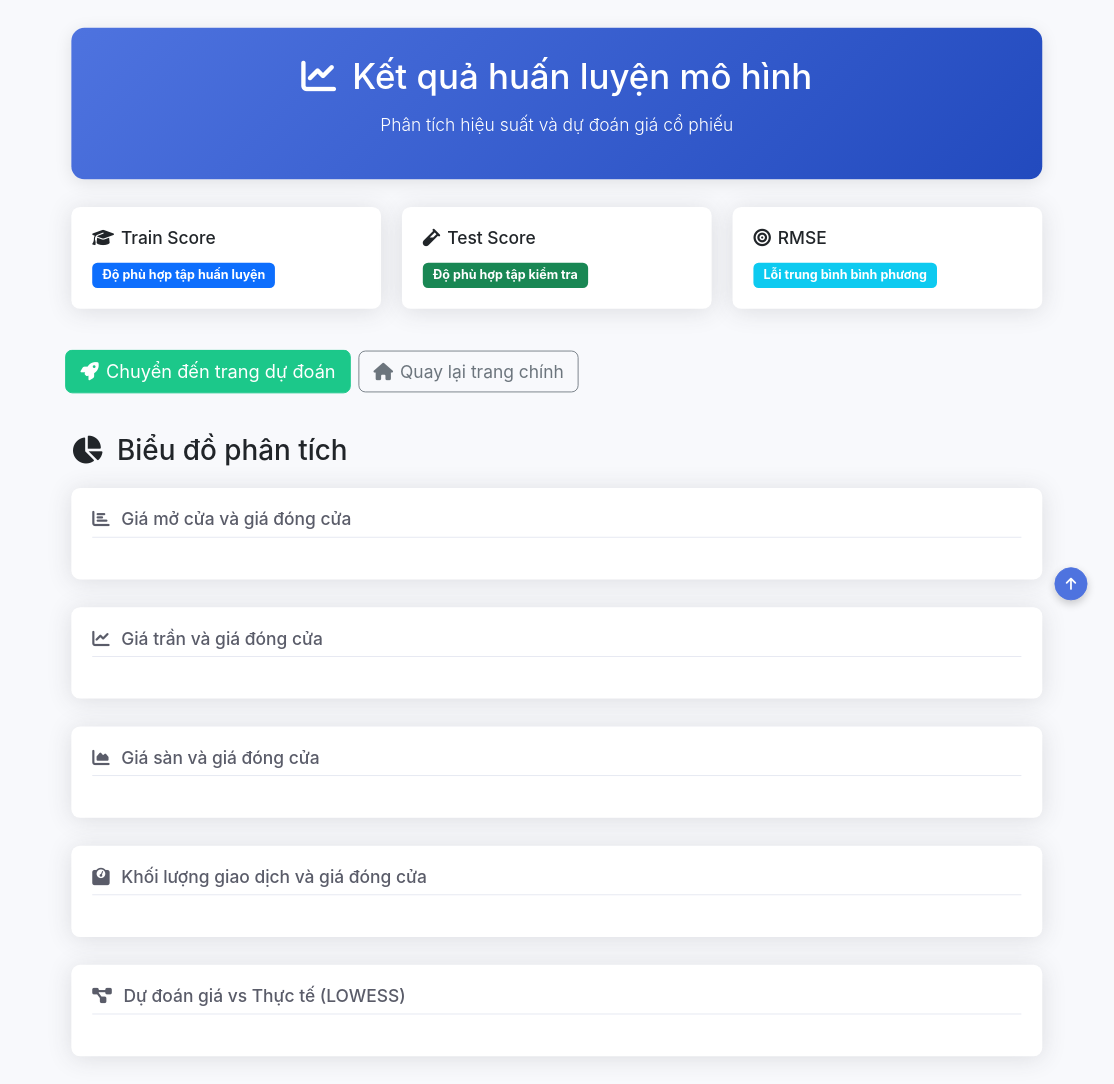
Repository: nguyenbathai1509/flask-stock-predictor
Page: templates/train_result.html
An editor plug-in stored every save of this project. The page is shown before and after the next save, followed by the edit.
The browser window is 1280 px wide. The pictures show the whole page, at 87% of full size.
The page is served by the project's application, run on Flask 3 (app.py). The template is opened directly, without the code that normally fills it, so the values that code supplies are empty.

Above is the page before, as saved 2025-06-06 04:22:29.

After the next save:
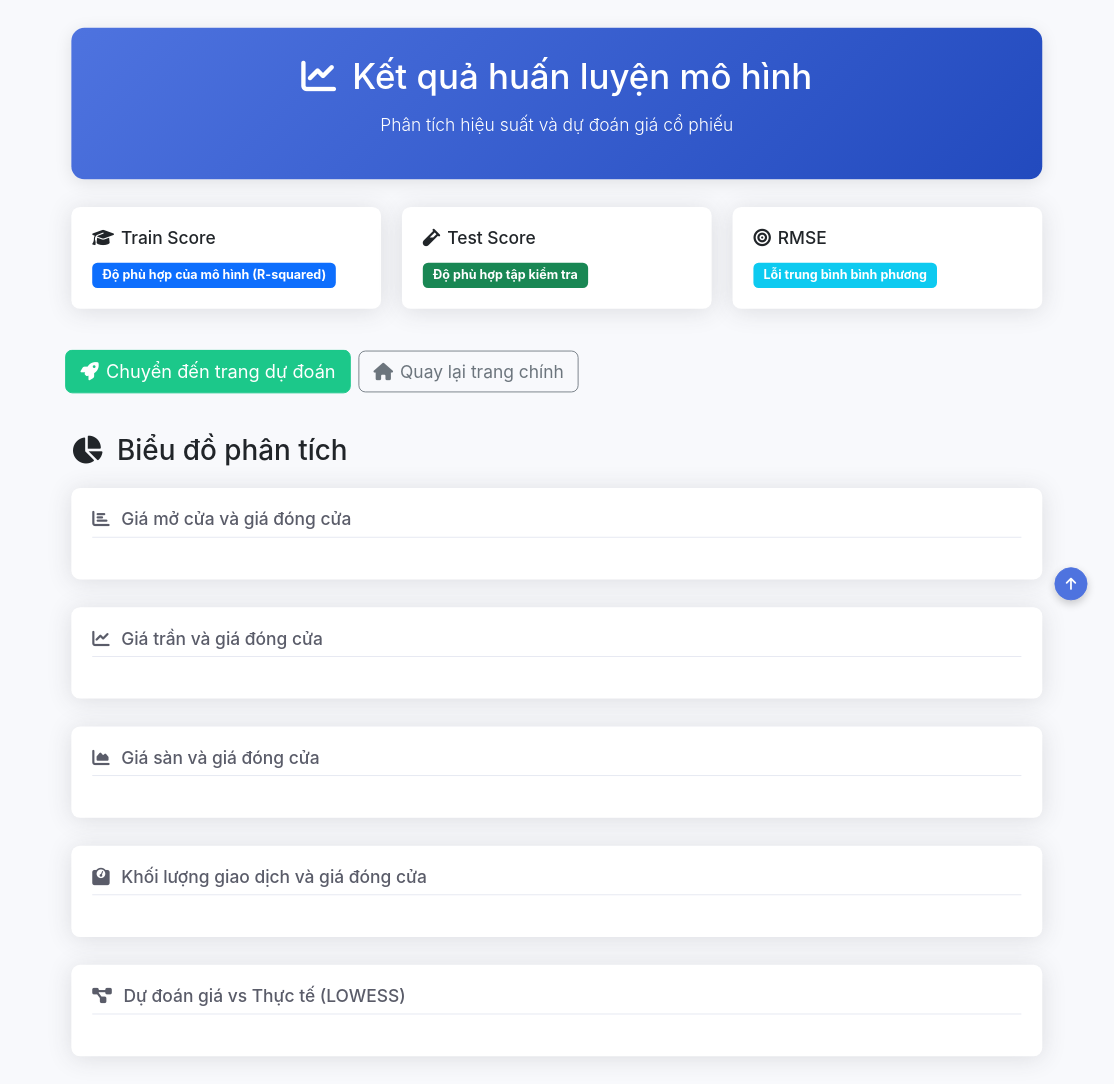
Saved 70 s later.
--- a/templates/train_result.html
+++ b/templates/train_result.html
@@ -108,7 +108,7 @@
             <div class="metric-card">
                 <h5><i class="fas fa-graduation-cap me-2"></i>Train Score</h5>
                 <div class="metric-value">{{ train_score }}</div>
-                <span class="badge bg-primary badge-metric mt-2">Độ phù hợp tập huấn luyện</span>
+                <span class="badge bg-primary badge-metric mt-2">Độ phù hợp của mô hình (R-squared)</span>
             </div>
         </div>
         <div class="col-md-4">

After the save that followed:
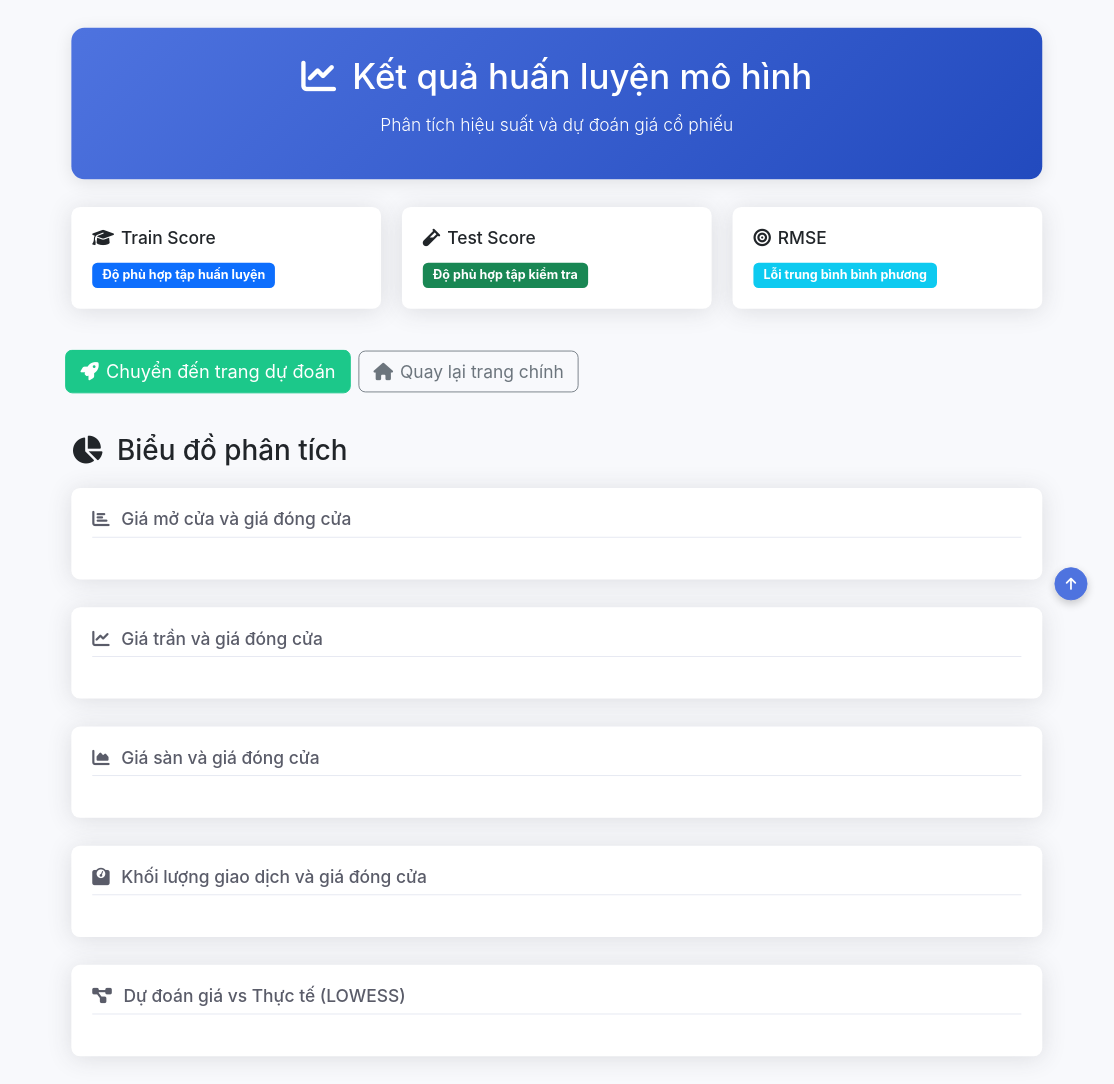
Saved 2 min 11 s later.
--- a/templates/train_result.html
+++ b/templates/train_result.html
@@ -108,7 +108,7 @@
             <div class="metric-card">
                 <h5><i class="fas fa-graduation-cap me-2"></i>Train Score</h5>
                 <div class="metric-value">{{ train_score }}</div>
-                <span class="badge bg-primary badge-metric mt-2">Độ phù hợp của mô hình (R-squared)</span>
+                <span class="badge bg-primary badge-metric mt-2">Độ phù hợp tập huấn luyện</span>
             </div>
         </div>
         <div class="col-md-4">
